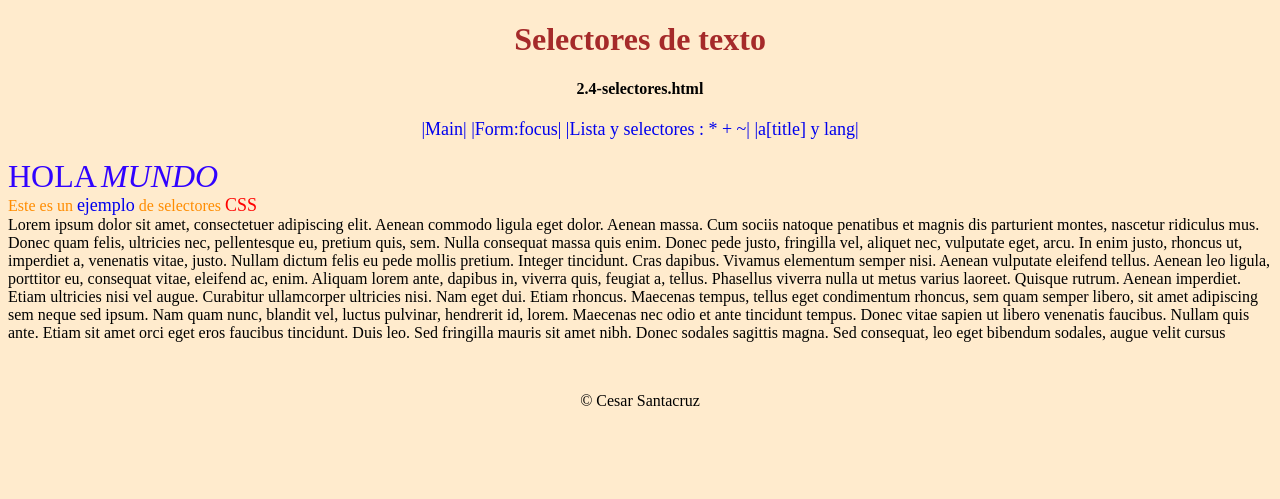
Repository: cesarsant0203/My_Study
Page: Introducción al desarrollo web/2-Css/2.4-selectores_css.html
These files come from the project's save history. The page is drawn as it stood at one moment and after a run of saves; the edit follows.
The browser window is 1280 px wide. The pictures show the whole page.

Above is the page before, as saved 2020-04-28 19:47:36.

### Introducción al desarrollo web/2-Css/2.4-selectores_css.html
<!DOCTYPE html>
<html lang="es">

<head>
    <meta charset="utf-8" />
    <title> Selectores CSS </title>
    <link href="2.4-selectores_css.css" rel="stylesheet" />
</head>

<body>
    <h1 id="titulo">Selectores de texto</h1>
    <h4>2.4-selectores.html</h4>
    <section id="mySection" class="box">
        <nav>
            <a href="2.4-selectores_css.html">|Main|</a>
            <a href="2.4.2-selectores_css.html">|Form:focus|</a>
            <a href="2.4.3-selectores_css.html">|Lista y selectores : * + ~|</a>
            <a href="2.4.4-selectores_css.html">|a[title] y lang|</a>
        </nav>
    </section>
    <br/>
    <div id="holaMundo" class="box">
        <span>HOLA</span>
        <span id="mundo">MUNDO</span>
    </div>
    <span id="mySpan">Este es un <a href="#" class="bold">ejemplo</a> de selectores</span>
    <span class="bold red">CSS</span><br/>Lorem ipsum dolor sit amet, consectetuer adipiscing elit. Aenean commodo ligula
    eget dolor. Aenean massa. Cum sociis natoque penatibus et magnis dis parturient montes, nascetur ridiculus mus.
    Donec quam felis, ultricies nec, pellentesque eu, pretium quis, sem. Nulla consequat massa quis enim. Donec pede
    justo, fringilla vel, aliquet nec, vulputate eget, arcu. In enim justo, rhoncus ut, imperdiet a, venenatis vitae,
    justo. Nullam dictum felis eu pede mollis pretium. Integer tincidunt. Cras dapibus. Vivamus elementum semper nisi.
    Aenean vulputate eleifend tellus. Aenean leo ligula, porttitor eu, consequat vitae, eleifend ac, enim. Aliquam lorem
    ante, dapibus in, viverra quis, feugiat a, tellus. Phasellus viverra nulla ut metus varius laoreet. Quisque rutrum.
    Aenean imperdiet. Etiam ultricies nisi vel augue. Curabitur ullamcorper ultricies nisi. Nam eget dui. Etiam rhoncus.
    Maecenas tempus, tellus eget condimentum rhoncus, sem quam semper libero, sit amet adipiscing sem neque sed ipsum.
    Nam quam nunc, blandit vel, luctus pulvinar, hendrerit id, lorem. Maecenas nec odio et ante tincidunt tempus. Donec
    vitae sapien ut libero venenatis faucibus. Nullam quis ante. Etiam sit amet orci eget eros faucibus tincidunt. Duis
    leo. Sed fringilla mauris sit amet nibh. Donec sodales sagittis magna. Sed consequat, leo eget bibendum sodales,
    augue velit cursus

    <footer>
        &copy Cesar Santacruz
    </footer>
</body>


</html>

### Introducción al desarrollo web/2-Css/2.4-selectores_css.css
/*tipo*/
*{
    background-color: blanchedalmond;
}
h1 {
    color: brown;
}

/*-----------------------*/

/*.clase*/
.box {
    background-color: none;
    color: aqua;
}

.bold {
    font-size: large;
}

.red {
    color: red;
}

/*-----------------------*/

/*#identificador*/
#holaMundo {
    color: rgb(49, 3, 255);
}

span#mySpan {
    color: darkorange;
}

/*-----------------------*/
div span {
    font-size: xx-large;
}

/*-----------------------*/

/* selector universal (*)*/
* {
    margin: 0, 2cm;
    padding: 0%;
}

/*-----------------------*/

/*dos puntos:*/
a:link {
    text-decoration: none;
}

a:visited {
    text-decoration: none;
}

a:hover {
    text-decoration: none;
    color: deeppink;
}

a:active {
    text-decoration: none;
    color: deeppink;
}
/*-----------------------*/
h1, h4, section {
    text-align: center;
}
section#mySection{
    font-size: large;
}
span#mundo {
    font-style: italic;
}
footer {
    position: relative;
    margin-top: 50px;
    text-align: center;
    height: 30px;

}

After the next 5 saves:
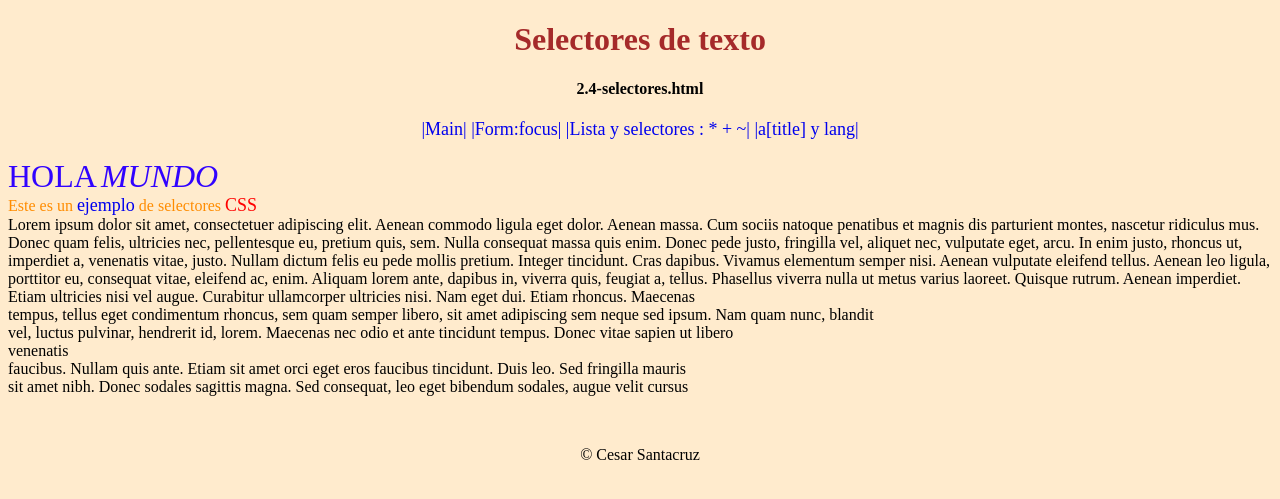
The 5 saves are shown as one change because they came seconds apart.
The last was saved 11 s later.
--- a/Introducción al desarrollo web/2-Css/2.4-selectores_css.html
+++ b/Introducción al desarrollo web/2-Css/2.4-selectores_css.html
@@ -32,10 +32,10 @@
     Aenean vulputate eleifend tellus. Aenean leo ligula, porttitor eu, consequat vitae, eleifend ac, enim. Aliquam lorem
     ante, dapibus in, viverra quis, feugiat a, tellus. Phasellus viverra nulla ut metus varius laoreet. Quisque rutrum.
     Aenean imperdiet. Etiam ultricies nisi vel augue. Curabitur ullamcorper ultricies nisi. Nam eget dui. Etiam rhoncus.
-    Maecenas tempus, tellus eget condimentum rhoncus, sem quam semper libero, sit amet adipiscing sem neque sed ipsum.
-    Nam quam nunc, blandit vel, luctus pulvinar, hendrerit id, lorem. Maecenas nec odio et ante tincidunt tempus. Donec
-    vitae sapien ut libero venenatis faucibus. Nullam quis ante. Etiam sit amet orci eget eros faucibus tincidunt. Duis
-    leo. Sed fringilla mauris sit amet nibh. Donec sodales sagittis magna. Sed consequat, leo eget bibendum sodales,
+    Maecenas<br/> tempus, tellus eget condimentum rhoncus, sem quam semper libero, sit amet adipiscing sem neque sed ipsum.
+    Nam quam nunc, blandit<br/>vel, luctus pulvinar, hendrerit id, lorem. Maecenas nec odio et ante tincidunt tempus. Donec
+    vitae sapien ut libero <br/>venenatis <br/>faucibus. Nullam quis ante. Etiam sit amet orci eget eros faucibus tincidunt. Duis
+    leo. Sed fringilla mauris<br/> sit amet nibh. Donec sodales sagittis magna. Sed consequat, leo eget bibendum sodales,
     augue velit cursus
 
     <footer>
